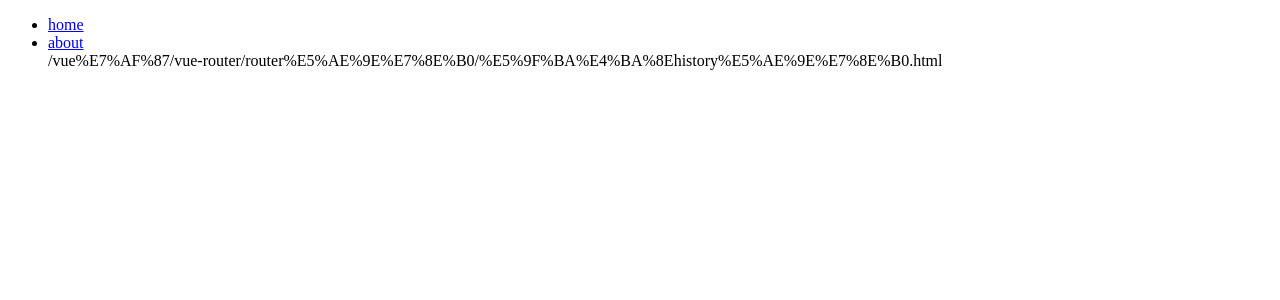
Repository: zh-webliker/achiveSomeFunction
Page: vue篇/vue-router/router实现/基于history实现.html
The author's editor kept a copy of each file at every save. The page is drawn from the files as they stood at one save, then again after the next save.
The browser window is 1280 px wide. The pictures show the whole page.

Above is the page before, as saved 2021-06-29 11:49:12.

### vue篇/vue-router/router实现/基于history实现.html
<!DOCTYPE html>
<html lang="en">
<head>
  <meta charset="UTF-8">
  <meta http-equiv="X-UA-Compatible" content="IE=edge">
  <meta name="viewport" content="width=device-width, initial-scale=1.0">
  <title>Document</title>
</head>
<body>
  <ul>
    <li><a href="/home">home</a></li>
    <li><a href="/about">about</a></li>
    <div id='routeView'></div>
  </ul>
  <script>
    let routerView = document.querySelector('#routeView')
    window.addEventListener('DOMContentLoaded', onload)
    window.addEventListener('popstate', () => {
      routerView.innerHTML = location.pathname
    })
    function onload () {
      // 替换页面内容
      // 阻止a标签的跳转
      console.log(location.pathname)
      routerView.innerHTML = location.pathname
      var linkList = document.querySelectorAll('a[href]')
      linkList.forEach(el => el.addEventListener('click', function(e) { // e是事件
          e.preventDefault()
          history.pushState(null, '', el.getAttribute('href'))
          routerView.innerHTML = location.pathname
        })
      )
    }

    // 用文本协议验证会报错
    // pushState的url参数(第三个)：URL也会有跨域相关问题，新的url和当前的url，必须是同一个域下的，才能正常执行
  </script>
</body>
</html>

After the next save:
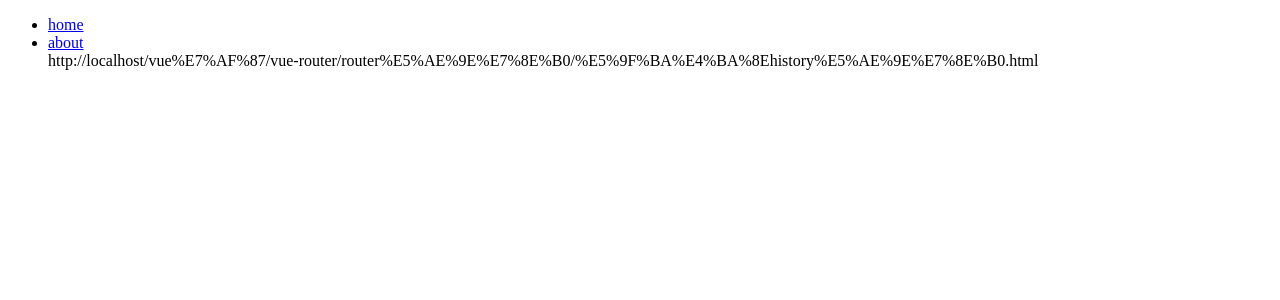
Saved 53 s later.
--- a/vue篇/vue-router/router实现/基于history实现.html
+++ b/vue篇/vue-router/router实现/基于history实现.html
@@ -22,7 +22,7 @@
       // 替换页面内容
       // 阻止a标签的跳转
       console.log(location.pathname)
-      routerView.innerHTML = location.pathname
+      routerView.innerHTML = location
       var linkList = document.querySelectorAll('a[href]')
       linkList.forEach(el => el.addEventListener('click', function(e) { // e是事件
           e.preventDefault()
